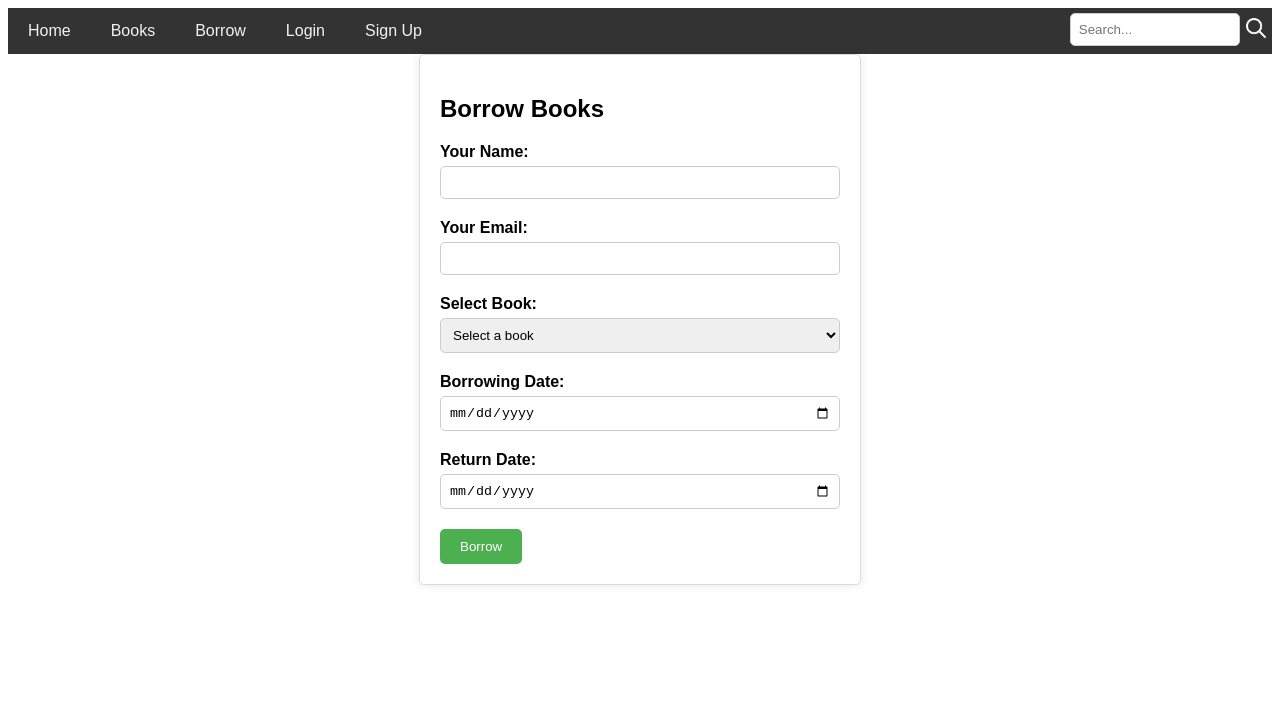
Repository: fadyesk12/Web-Technology-Course-Project
Page: borrow.html
The author's editor kept a copy of each file at every save. The page is drawn from the files as they stood at one save, then again after the next save.
The browser window is 1280 px wide. The pictures show the whole page.

Above is the page before, as saved 2024-04-19 02:24:08.

After the next save:
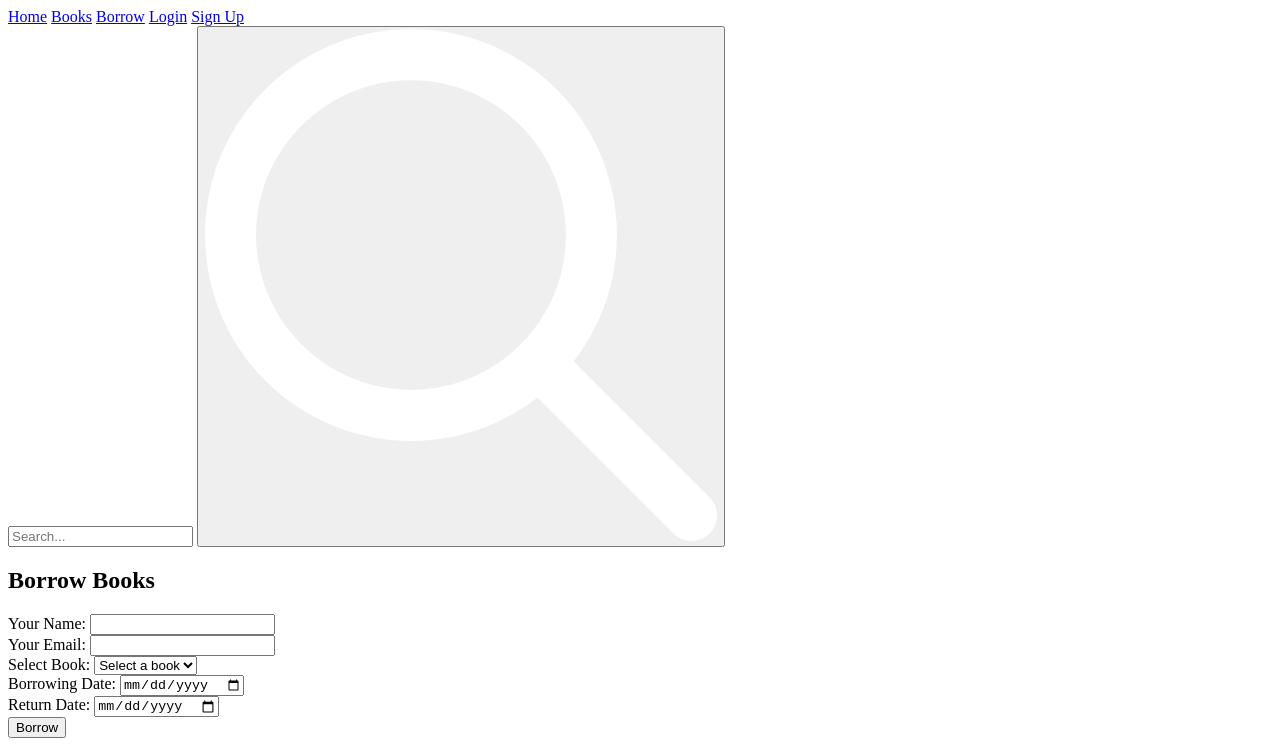
Saved 21 s later.
--- a/borrow.html
+++ b/borrow.html
@@ -5,92 +5,7 @@
 <meta name="viewport" content="width=device-width, initial-scale=1.0">
 <title>Borrow Books</title>
 <style>
-    #navbar {
-     overflow: hidden;
-     background-color: #333;
-    }
-    #navbar a {
-     float: left;
-     display: block;
-     color: #f2f2f2;
-     text-align: center;
-     padding: 14px 20px;
-     text-decoration: none;
-    }
-    #navbar a:hover {
-     background-color: #ddd;
-     color: black;
-    }
-  body {
-    font-family: Arial, sans-serif;
-  }
 
-  .container {
-    max-width: 400px;
-    margin: 0 auto;
-    padding: 20px;
-    border: 1px solid #ddd;
-    border-radius: 5px;
-    box-shadow: 0 0 10px rgba(0, 0, 0, 0.1);
-  }
-
-  .form-group {
-    margin-bottom: 20px;
-  }
-
-  label {
-    display: block;
-    font-weight: bold;
-    margin-bottom: 5px;
-  }
-
-  input[type="text"],
-  input[type="email"],
-  select,
-  input[type="date"] {
-    width: 100%;
-    padding: 8px;
-    border: 1px solid #ccc;
-    border-radius: 5px;
-    box-sizing: border-box;
-  }
-
-  input[type="submit"] {
-    background-color: #4CAF50;
-    color: white;
-    padding: 10px 20px;
-    border: none;
-    border-radius: 5px;
-    cursor: pointer;
-  }
-
-  input[type="submit"]:hover {
-    background-color: #45a049;
-  }
-
-  .search{
-  margin-top: 5px;
-  float:right;
-  }
-
-.search input{
-  width:75%;
-  }
-
-.search img{
-  width: 20px;
-  }
-
-.search button{
-  background-color: #333;
-  border: 0;
-  }
-
-  .search form{
-      display: flex;
-      align-items: center;
-      justify-content: right;
-    }
 </style>
 </head>
 <body>
